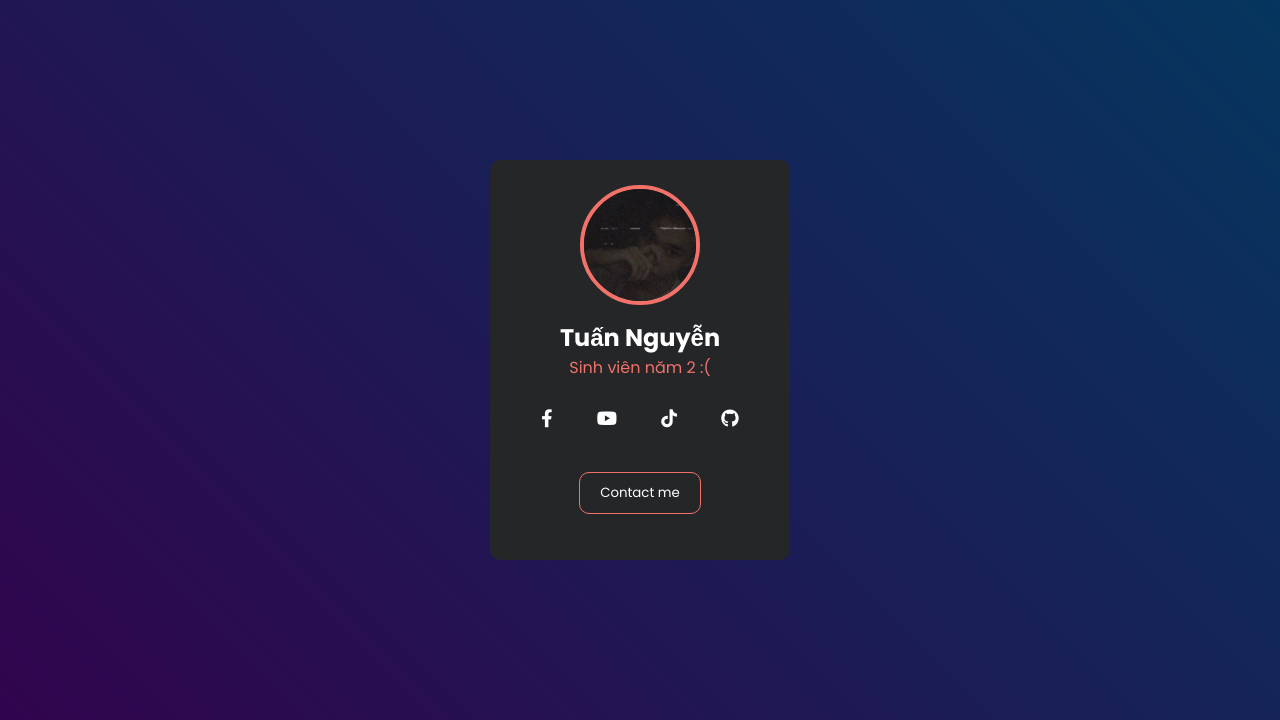
Repository: Zenchancute/HTML-CSS-tutorial-
Page: profile/index.html
An editor plug-in stored every save of this project. The page is shown before and after the next save, followed by the edit.
The browser window is 1280 px wide. The pictures show the whole page.

Above is the page before, as saved 2021-11-28 20:03:17.

After the next save:
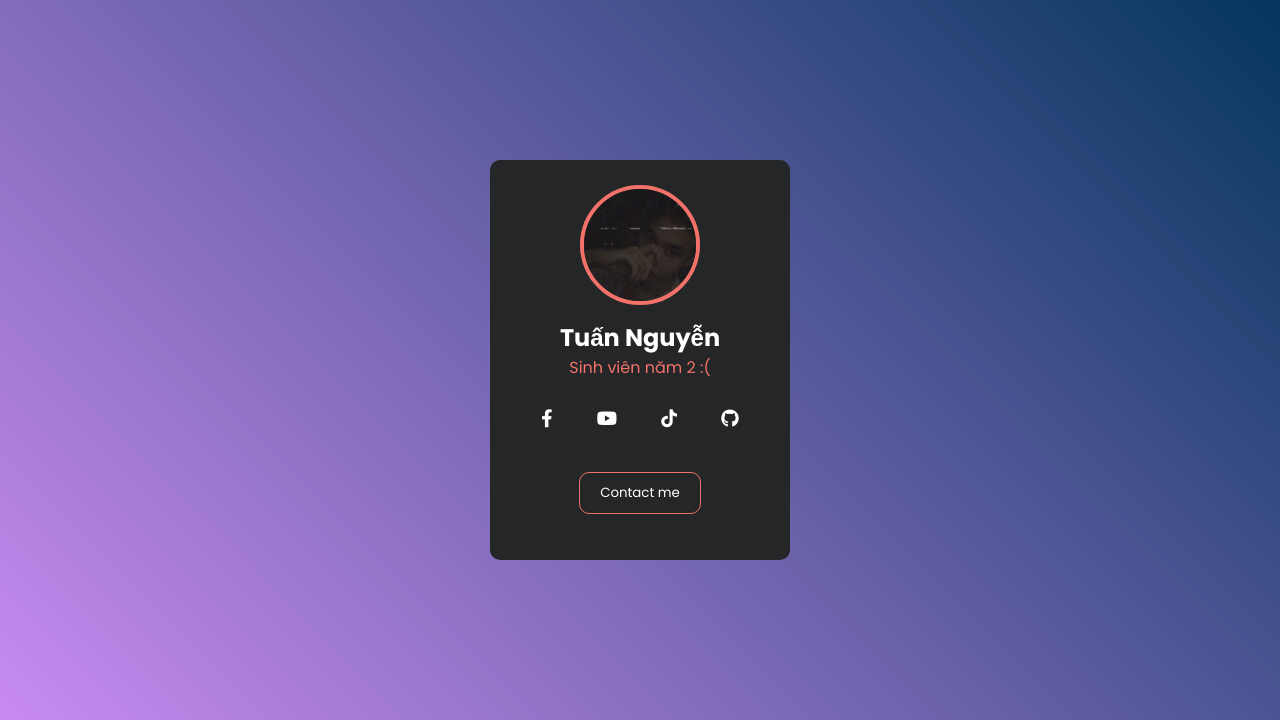
Saved 26 s later.
--- a/profile/style.css
+++ b/profile/style.css
@@ -12,7 +12,7 @@
 
 body {
     height: 100vh;
-    background: linear-gradient(45deg, #31044e, #05365e);
+    background: linear-gradient(45deg, #c98bf1, #05365e);
     display: flex;
     justify-content: center;
     align-items: center;
